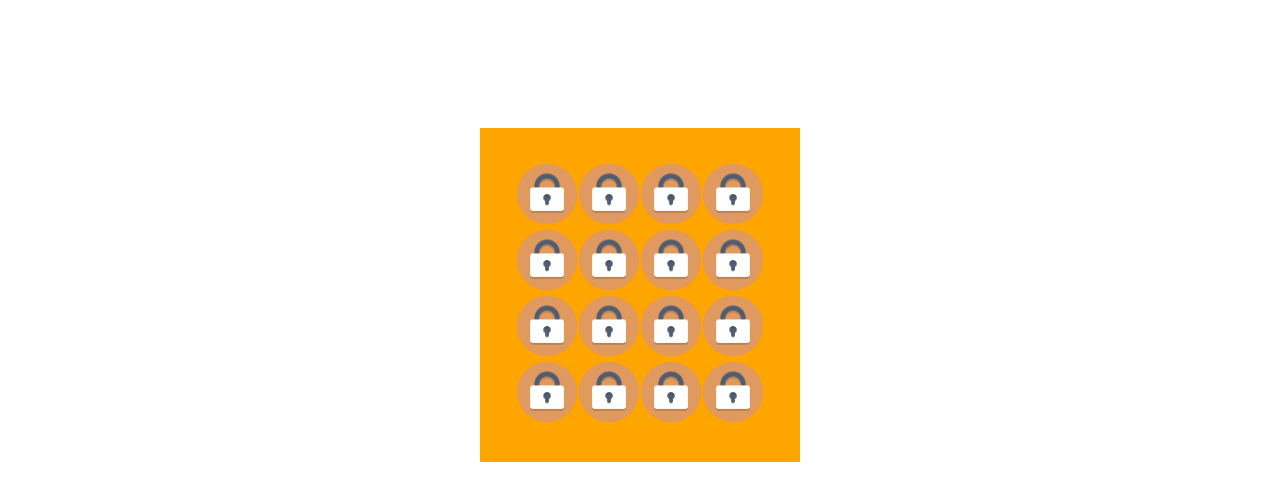
Repository: jb223cp/1dv403-laborationer
Page: 3-gameon/memory/index.html
The author's editor kept a record of every edit. The page is drawn from the files as they stood at one moment, then again after the next edit.
The browser window is 1280 px wide. The pictures show the whole page.

Above is the page before.

### 3-gameon/memory/index.html
<!DOCTYPE html>
<html lang="sv">
<head>
	<meta charset="UTF-8" />
	<link href='//fonts.googleapis.com/css?family=Bangers' rel='stylesheet' type='text/css'>
	<link rel="stylesheet" href="css/main.css" media="only screen and (min-width:768px)" />
	      <script src="script/random.js"></script>
    	  <script src="script/memory.js"></script>
 	<title>Memory</title>

</head>
    <body>
        <section id="container">
            <table id="board">

            </table>
        </section>
    </body>
</html>

### 3-gameon/memory/css/main.css
html, body, div, span, applet, object, iframe,
p, blockquote, pre,
a, abbr, acronym, address, big, cite, code,
del, dfn, em, img, ins, kbd, q, s, samp,
small, strike, strong, sub, sup, tt, var,
b, u, i, center, ol, ul, li,
fieldset, form, label, legend,
table, caption, tbody, tfoot, thead, tr, th, td,
article, aside, canvas, details, embed,
figure, figcaption, footer, header, hgroup,
menu, nav, output, ruby, section, summary,
time, mark, audio, video {
	margin: 0;
	padding: 0;
	border: 0;
	font-size: 100%;
	font: inherit;
	vertical-align: baseline;
}
/* HTML5 display-role reset for older browsers */

article, aside, details, figcaption, figure,
footer, header, hgroup, menu, nav, section {
	display: block;
}

section{
    width:25%;
    margin-top:10%;
    background-color:orange;
    margin-left:auto;
    margin-right:auto;
}
table{

    margin-left:auto;
    margin-right:auto;
    padding-top:10%;
    padding-bottom:10%;
    border-style:solid;
    border-width:2px;
    border-color:orange;
}

td{
    width:60px;
    height:60px;
}
img{
    width:100%;
    height:100%;
}

### 3-gameon/memory/script/random.js
var RandomGenerator = {

	/*
		Denna metod tar antalet rader och columner som inparameter.

		Metoden returnerar en array inneh�llandes utslumpade tal mellan 1 och (rows*cols)/2. Varje tal representeras tv�
		g�nger och motsvarar s�ledes en spelbricka.

		I en 4*4 matris kan Arrayen t.ex. se ut s� h�r:
		[1,2,6,8,6,2,5,3,1,3,7,5,8,4,4,7]

		I en 2*4 matris kan Arrayen t.ex. se ut s� h�r:
		[3,4,4,1,2,1,2,3]
	*/

	getPictureArray: function(rows, cols)
	{
		var numberOfImages = rows*cols;
		var maxImageNumber = numberOfImages/2;

	   	var imgPlace = [];

	   //Utplacering av bilder i Array
	   for(var i=0; i<numberOfImages; i++)
		  imgPlace[i] = 0;

		for(var currentImageNumber=1; currentImageNumber<=maxImageNumber; currentImageNumber++)
		{
			var imageOneOK = false;
			var imageTwoOK = false;

			do
			{
				if(imageOneOK == false)
				{
					var randomOne = Math.floor( (Math.random() * (rows*cols-0) + 0) );

					if( imgPlace[randomOne] == 0 )
					{
						imgPlace[randomOne] = currentImageNumber;
						imageOneOK = true;
					}
				}

				if(imageTwoOK == false)
				{
					var randomTwo = Math.floor( (Math.random() * (rows*cols-0) + 0) );

					if( imgPlace[randomTwo] == 0 )
					{
						imgPlace[randomTwo] = currentImageNumber;
						imageTwoOK = true;
					}
				}
			}
			while(imageOneOK == false || imageTwoOK == false);
		}

		return imgPlace;
	}
}

### 3-gameon/memory/script/memory.js
"use strict";

var Memory = {

    squares:[],
    rows: 4,
    cols: 4,

    init: function(){



       Memory.squares = RandomGenerator.getPictureArray(Memory.rows, Memory.cols);

       console.log(Memory.squares);
       console.log(Memory.squares[0]);
       Memory.renderTable(4,4);

       return false;
    },

    renderTable: function(rows,cols){


        var table=document.getElementById("board");
        var placeHolder=0;


        var tableRow,imgTag,link,tableCol;
        for (var i=0; i<rows; ++i){

            tableRow = document.createElement("tr");
            table.appendChild(tableRow);

               for (var j=0; j<cols;++j){
                   tableCol=document.createElement("td");
                   imgTag =document.createElement("img");
                   link = document.createElement("a");
                   imgTag.setAttribute("src", "pics/0.png");
                   imgTag.setAttribute("alt", "?");
                   link.setAttribute("href", "#");
                   link.setAttribute("class", "link");
                   placeHolder=(((rows*(i+1))-rows)+j);

                   link.setAttribute("id", placeHolder);

                   tableRow.appendChild(tableCol);
                   tableCol.appendChild(link);
                   link.appendChild(imgTag);
               }
        }


        var picNumber=0;
        var unknown;
        var previousPosition;
        var previousNumber;
        var counter=1;
        var flag=true;

        var el=document.body.getElementsByClassName('link');
        for(var c=0;c<el.length;c++) {

               el[c].onclick = function() {

                   unknown=this.id;
                   var isOdd = counter%2;

                   if(unknown===previousPosition && isOdd===0){
                       event.preventDefault();
                   }





                   picNumber=Memory.squares[this.id];

                   var current = document.getElementById(unknown);
                   var previous = document.getElementById(previousPosition);





                       if (isOdd===1){

                           current.firstChild.setAttribute("src", "pics/"+picNumber+".png");
                           /*current.setAttribute("onclick", "return false");*/
                           current.removeAttribute("href");

                       }
                       else{




                                   current.firstChild.setAttribute("src", "pics/"+picNumber+".png");
                                   /*current.setAttribute("onclick", "return false");*/


                                if (previousNumber===picNumber && unknown!=previousPosition){


                                   previous.firstChild.setAttribute("src", "pics/"+picNumber+".png");
                                   previous.setAttribute("onclick", "return false");
                                   current.setAttribute("onclick", "return false");

                                }
                                else{


                                    setTimeout(function () {

                                           current.firstChild.setAttribute("src", "pics/0.png");
                                           previous.firstChild.setAttribute("src", "pics/0.png");
                                           current.removeAttribute("onclick");
                                           previous.removeAttribute("onclick");
                                           previous.setAttribute("href", "#");
                                           /*current.firstChild.setAttribute("onclick", "return false");*/
                                           callback();
                                       }, 1000);

                                }


                       }




                       previousNumber=picNumber;
                       previousPosition=unknown;

                       counter++;
                       var queue=2;
                       queue=counter;


                       return false;

            }
        }

    }

};

window.onload = Memory.init;

After the next edit:
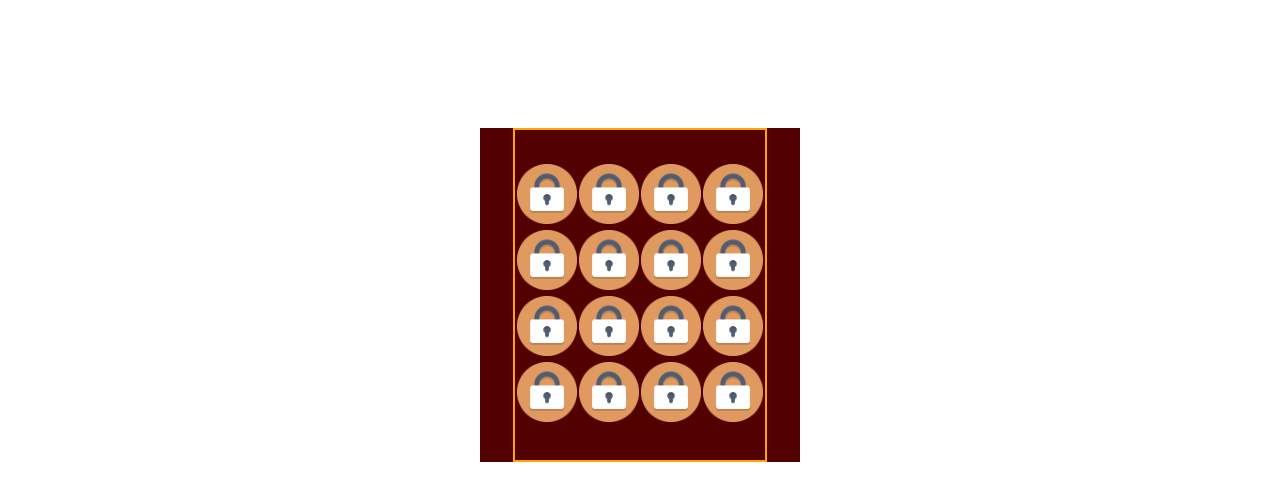
The edit:
--- a/3-gameon/memory/css/main.css
+++ b/3-gameon/memory/css/main.css
@@ -27,7 +27,7 @@
 section{
     width:25%;
     margin-top:10%;
-    background-color:orange;
+    background-color:#520000;
     margin-left:auto;
     margin-right:auto;
 }
